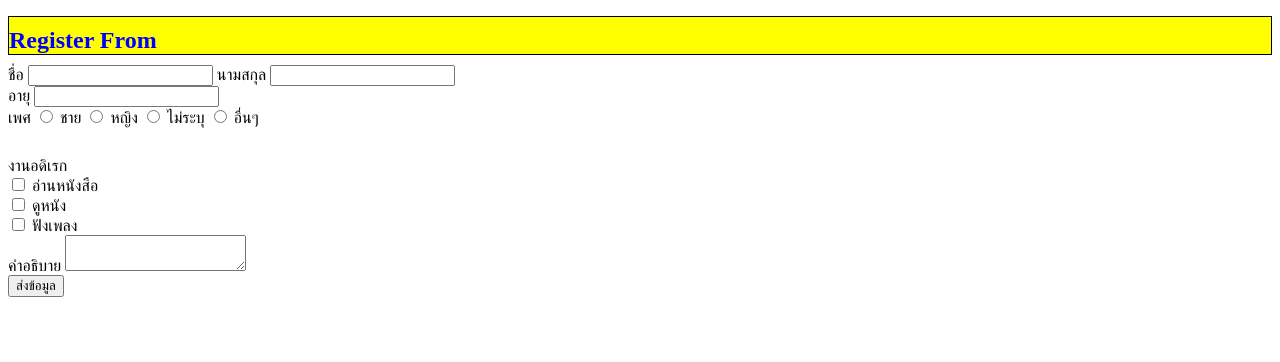
Repository: Onpreeya1/241-2567-820-
Page: index.html
The author's editor kept a copy of each file at every save. The page is drawn from the files as they stood at one save, then again after the next save.
The browser window is 1280 px wide. The pictures show the whole page.

Above is the page before, as saved 2024-12-21 15:10:21.

### index.html
<!DOCTYPE html>
<html lang="en">

<head>
    <meta charset="UTF-8">
    <meta name="viewport" content="width=device-width, initial-scale=1.0">
    <title>Document</title>
    <style>
        /*  มีไว้ให้เดฟอ่าน 1 แต่งใคร  id ,class ,dom 2แต่งอะไร*/
        body {
            font-family: "kanit";
            src: url('Kanit (1)/Kanit-Regular.ttf');
        }

        #register {
            font-size: 24px;
            color: blue;
            font-weight: 800;
            padding-top: 10px;
            margin-bottom: 10px;
            background-color: yellow;
            border: 1px solid black;
        }

        .feom {
           display: block;
        }
        .gender {
            display:inline-block;
            height: 50px;
            flex-direction: row-reverse;
        }

    </style>
</head>

<body>
    <div></div>

    <!-- from -->
    <h1 id="register"> Register From</h1>
    <span class="header-from"> ชื่อ </span>
    <input type="text">
    นามสกุล
    <input type="text"> <br>
    อายุ
    <input type="number" min=" 0" max="100">
    <div>
        เพศ
        <div class="gender">
            <input name="grnder" type="radio"> ชาย
        </div>
        <div class="gender">
            <input name="grnder" type="radio"> หญิง
        </div>
        <div class="gender">
            <input name="grnder" type="radio"> ไม่ระบุ
        </div>
        <div class="gender">
            <input name="grnder" type="radio"> อื่นๆ
        </div>
        <div>
            งานอดิเรก
            <div>
                <input name="hobby" type="checkbox"> อ่านหนังสือ
            </div>
            <div>
                <input name="hobby" type="checkbox"> ดูหนัง
            </div>
            <div>
                <input name="hobby" type="checkbox"> ฟังเพลง
            </div>
        </div>
        <div>
            คำอธิบาย
            <textarea></textarea>
        </div>
        <button>ส่งข้อมูล</button>
</body>

</html>

After the next save:
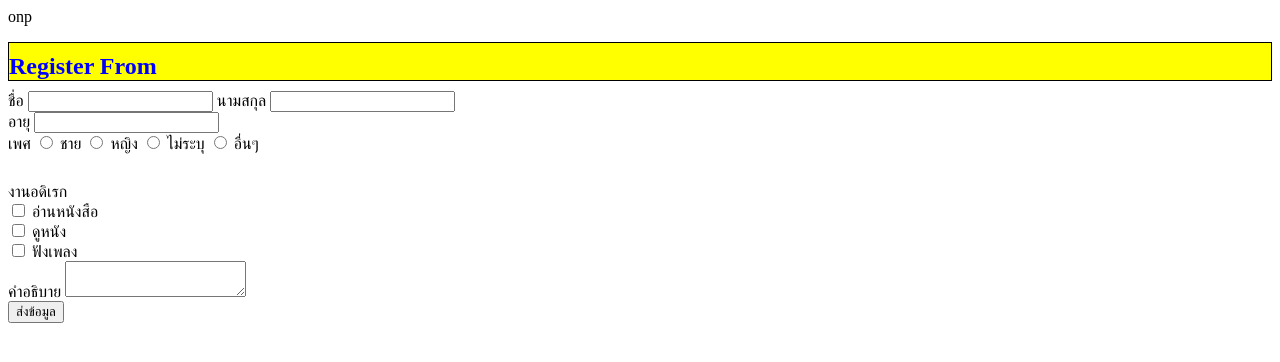
Saved 7 s later.
--- a/index.html
+++ b/index.html
@@ -35,7 +35,9 @@
 </head>
 
 <body>
-    <div></div>
+    <div>
+        onp
+    </div>
 
     <!-- from -->
     <h1 id="register"> Register From</h1>
